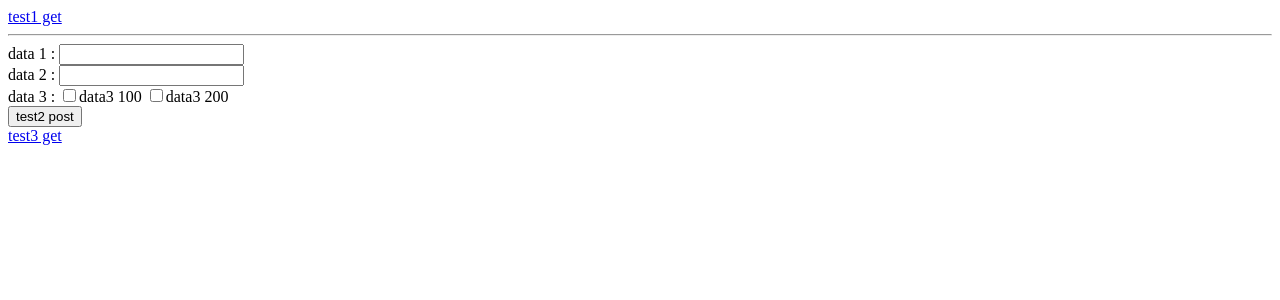
Repository: k5275645/SpringMVCPractice
Page: http://localhost/GetParameter/WEB-INF/views/index.jsp
The author's editor kept a copy of each file at every save. The page is drawn from the files as they stood at one save, then again after the next save.
The browser window is 1280 px wide. The pictures show the whole page.
The page is served by Tomcat 9. Nobody is signed in. Other server files are loaded and not shown. The template is opened directly, without the code that normally fills it, so the values that code supplies are empty.

Above is the page before, as saved 2021-11-24 02:12:44.

### GetParameter/src/main/webapp/WEB-INF/views/index.jsp
<%@ page language="java" contentType="text/html; charset=UTF-8"
    pageEncoding="UTF-8"%>
<!DOCTYPE html>
<html>
<head>
<meta charset="UTF-8">
<title>Insert title here</title>
</head>
<body>
	<a href="test1?data1=100&data2=200&data3=300&data3=400">test1 get</a><br/>
	<hr/>
	<form action="test2" method="post">
		data 1 : <input type="text" name="data1"/><br/>
		data 2 : <input type="text" name="data2"/><br/>
		data 3 : <input type="checkbox" name="data3" value="100"/>data3 100
				 <input type="checkbox" name="data3" value="200"/>data3 200<br/>
		<button type="submit">test2 post</button>
	</form>

	<a href="test3?data1=100&data2=200&data3=300&data3=400">test3 get</a><br/>
</body>
</html>

After the next save:
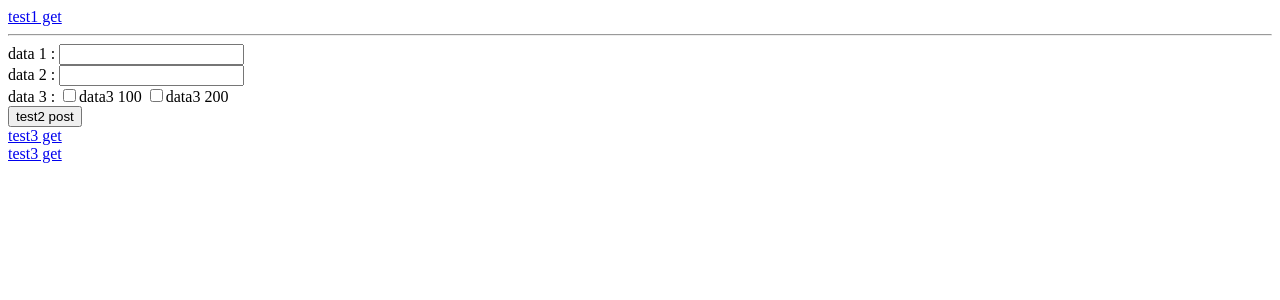
Saved 2 min 8 s later.
--- a/GetParameter/src/main/webapp/WEB-INF/views/index.jsp
+++ b/GetParameter/src/main/webapp/WEB-INF/views/index.jsp
@@ -18,5 +18,7 @@
 	</form>
 
 	<a href="test3?data1=100&data2=200&data3=300&data3=400">test3 get</a><br/>
+
+	<a href="test4?data1=100&data2=200&data3=300&data3=400">test3 get</a><br/>
 </body>
 </html>
